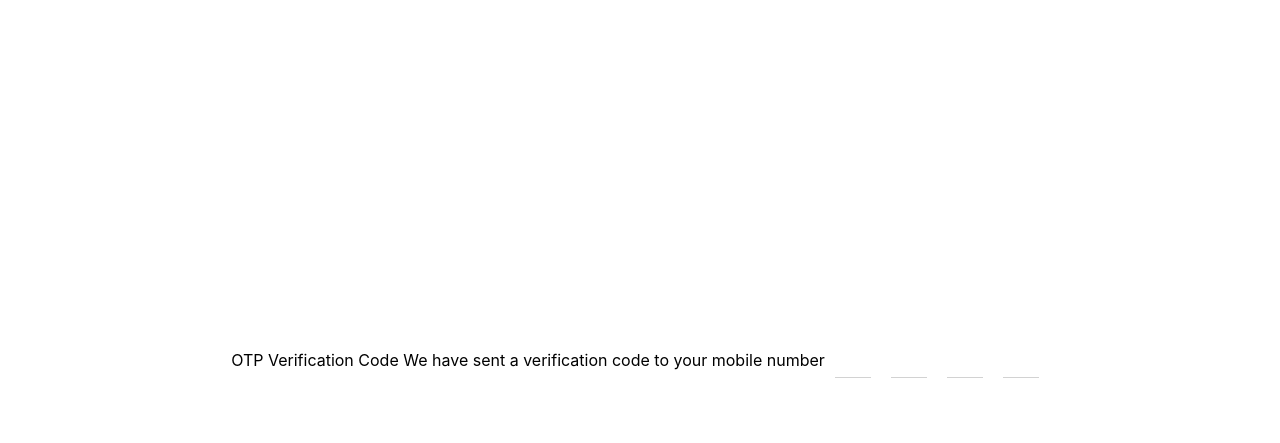
Repository: yassirbn/OTP
Page: /
These files come from the project's save history. The page is drawn as it stood at one moment and after a run of saves; the edit follows.
The browser window is 1280 px wide. The pictures show the whole page.
The project was rebuilt for these pictures with package versions that can differ from the ones it lists, and the page was loaded fresh each time.

Above is the page before, as saved 2025-07-14 13:30:50.

### src/App.tsx

import './App.css';
import OtpInput from './OtpInput';

function App() {
  return (
    <div className="App">
<OtpInput></OtpInput>
    </div>
  );
}

export default App;

### src/App.css
.App {
  text-align: center;
  height: 100vh;
  display: flex;
  align-items: center;
  width: 100vw;
  justify-content: center;
}

### src/OtpInput.tsx


import { ChangeEvent, ClipboardEvent, FocusEvent, KeyboardEvent, Ref, useRef, useState } from "react";

export default function OtpInput() {
  const [otpInputs, setOtpInputs] = useState(Array(4).fill("")); // Array with 6 empty strings
  const inputRefs = useRef<(HTMLInputElement)[]>([]); // Array of refs for each input field

  const handleKeyDown = (event:KeyboardEvent<HTMLInputElement>) => {

    if (event.key === "Delete" || event.key === "Backspace") {
      const index = inputRefs.current.indexOf(event.target as HTMLInputElement);
      if (index >= 0) {
        const optValue = otpInputs
        optValue[index] = ''
        setOtpInputs([...optValue]);
        inputRefs.current[index - 1 > -1 ? index - 1 : 0].focus();
      }
    }
  };

  const handleInput = (event:ChangeEvent<HTMLInputElement>) => {
    const { target } = event;
    const index = inputRefs.current.indexOf(target);
    if (!new RegExp(`^[0-9]{1}$`).test(target.value)) {
      return;
    }
    if (target.value) {
      setOtpInputs((prevOtp) => [
        ...prevOtp.slice(0, index),
        target.value,
        ...prevOtp.slice(index + 1),
      ]);
      if (index < otpInputs.length - 1) {
        inputRefs.current[index + 1].focus();
      }
    }
  };

  const handleFocus = (event:FocusEvent<HTMLInputElement>) => {
    event.target.select();
  };

  const handlePaste = (event:ClipboardEvent<HTMLInputElement>) => {
    event.preventDefault();
    const text = event.clipboardData.getData("text");
    if (!new RegExp(`^[0-9]{${otpInputs.length}}$`).test(text)) {
      return;
    }
    const digits = text.split("");
    setOtpInputs(digits);
  };

  const setRef = (element:HTMLInputElement , index :number)=>{
    inputRefs.current[index] = element as HTMLInputElement
  }

  return (<>
    <style>
      {`
      input {
  width: 32px;
  height: 32px;
  text-align: center;
  border: none;
  border-bottom: 1.5px solid #d2d2d2;
  margin: 0 10px;
}

input:focus {
  border-bottom: 1.5px solid deepskyblue;
  outline: none;
}`}
    </style>
    <p>
    OTP
Verification Code
We have sent a verification code to your mobile number
    </p>
    <section className="bg-white py-10 dark:bg-dark">
      <div className="container">
        <form id="otp-form" className="flex gap-2">
          {otpInputs.map((digit, index) => (
            <input
              key={index}
              type="text"
              maxLength={1}
              value={digit}
              onChange={handleInput}
              onKeyDown={handleKeyDown}
              onFocus={handleFocus}
              onPaste={handlePaste}
              ref={(el : HTMLInputElement) =>setRef(el,index)}
              className="shadow-xs flex w-[64px] items-center justify-center rounded-lg border border-stroke bg-white p-2 text-center text-2xl font-medium text-gray-5 outline-none sm:text-4xl dark:border-dark-3 dark:bg-white/5"
            />
          ))}
          {/* You can conditionally render a submit button here based on otp length */}
        </form>
      </div>
    </section>
    </>
  );
}

Loaded but not shown: public/index.html (common file); src/index.tsx (common file); src/index.css (common file); src/reportWebVitals.ts (common file)

After the next 2 saves:
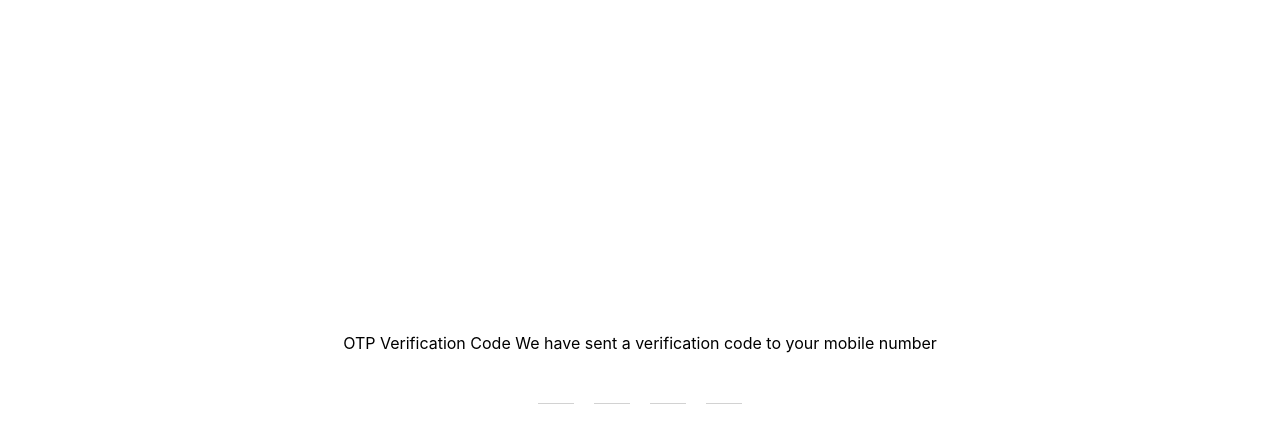
The 2 saves are shown as one change because 1 did not build or start.
The last was saved 68 s later.
--- a/src/OtpInput.tsx
+++ b/src/OtpInput.tsx
@@ -55,7 +55,7 @@ export default function OtpInput() {
     inputRefs.current[index] = element as HTMLInputElement
   }
 
-  return (<>
+  return (<div>
     <style>
       {`
       input {
@@ -77,7 +77,7 @@ input:focus {
 Verification Code
 We have sent a verification code to your mobile number
     </p>
-    <section className="bg-white py-10 dark:bg-dark">
+    <div className="bg-white py-10 dark:bg-dark">
       <div className="container">
         <form id="otp-form" className="flex gap-2">
           {otpInputs.map((digit, index) => (
@@ -97,7 +97,7 @@ We have sent a verification code to your mobile number
           {/* You can conditionally render a submit button here based on otp length */}
         </form>
       </div>
-    </section>
-    </>
+    </div>
+    </div>
   );
 }
